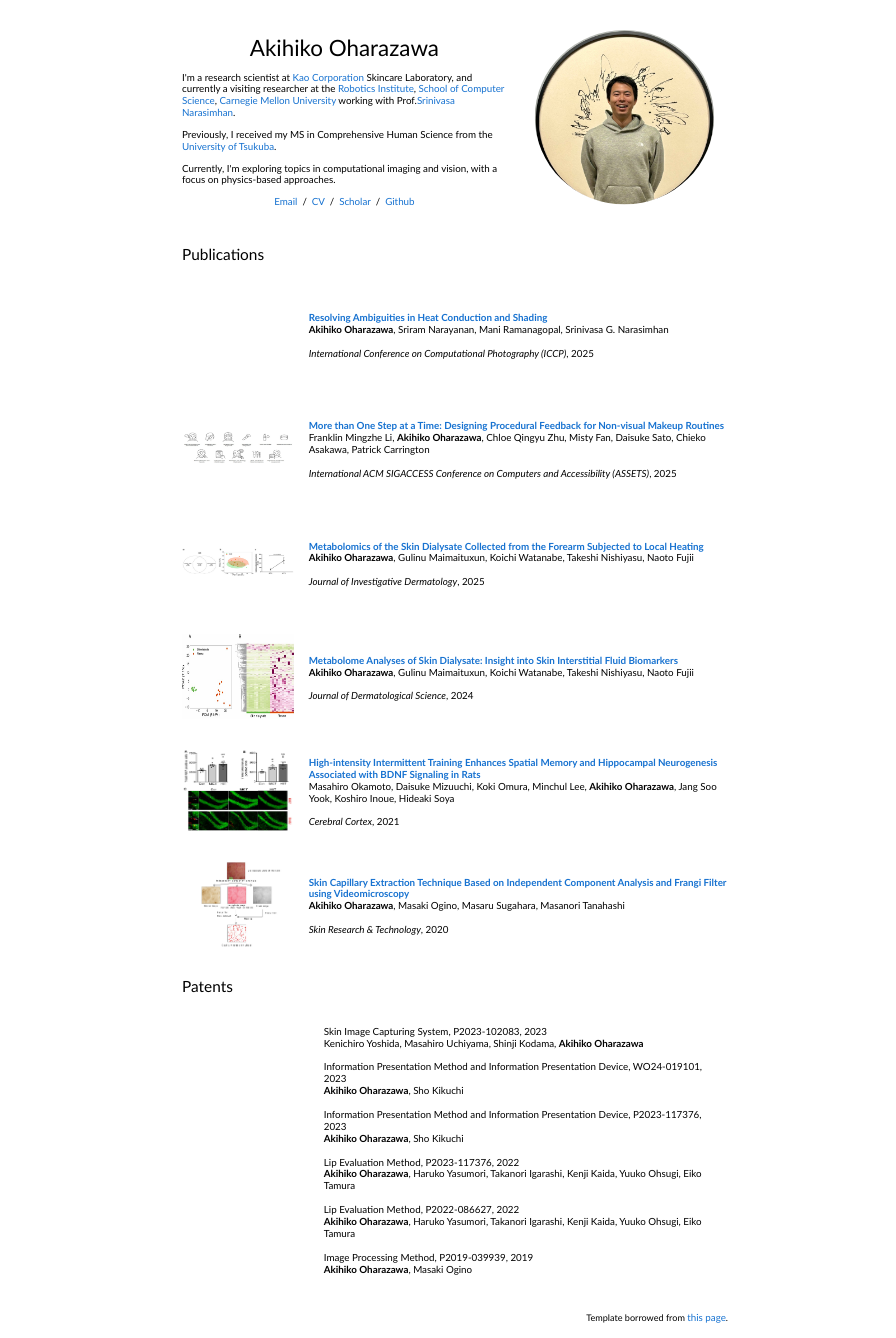
Repository: akihikooharazawa/akihikooharazawa.github.io
Page: index.html
The author's editor kept a copy of each file at every save. The page is drawn from the files as they stood at one save, then again after the next save.
The browser window is 1280 px wide. The pictures show the whole page, at 70% of full size.
Pictures or frames that could not be fetched are drawn as grey boxes.

Above is the page before, as saved 2025-07-25 12:16:54.

### index.html
<!DOCTYPE HTML>
<html lang="en">
  <head>
  <!-- Google tag (gtag.js) -->
  <script async src="https://www.googletagmanager.com/gtag/js?id=G-S3VWLBF1BC"></script>
  <script>
    window.dataLayer = window.dataLayer || [];
    function gtag(){dataLayer.push(arguments);}
    gtag('js', new Date());

    gtag('config', 'G-S3VWLBF1BC');
  </script>
    <meta http-equiv="Content-Type" content="text/html; charset=UTF-8">

    <title>Akihiko Oharazawa</title>

    <meta name="author" content="Akihiko Oharazawa">
    <meta name="viewport" content="width=device-width, initial-scale=1">
    <link rel="shortcut icon" href="images/favicon/favicon.ico" type="image/x-icon">
    <link rel="stylesheet" type="text/css" href="stylesheet.css">

  </head>

  <body>
    <table style="width:100%;max-width:800px;border:0px;border-spacing:0px;border-collapse:separate;margin-right:auto;margin-left:auto;"><tbody>
      <tr style="padding:0px">
        <td style="padding:0px">
          <table style="width:100%;border:0px;border-spacing:0px;border-collapse:separate;margin-right:auto;margin-left:auto;"><tbody>
            <tr style="padding:0px">
              <td style="padding:2.5%;width:63%;vertical-align:middle">
                <p class="name" style="text-align: center;">
                  Akihiko Oharazawa
                </p>
                <p>I'm a research scientist at <a href="https://www.kao.com/global/en/">Kao Corporation</a> Skincare Laboratory,
                  and currently a visiting researcher at the <a href="https://www.ri.cmu.edu/">Robotics Institute</a>,
                  <a href="https://www.cs.cmu.edu/">School of Computer Science</a>,
                  <a href="https://www.cmu.edu/">Carnegie Mellon University</a> working with Prof.<a href="https://www.cs.cmu.edu/~srinivas/">Srinivasa Narasimhan</a>.
                </p>
                <p>
                  Previously, I received my MS in Comprehensive Human Science from the <a href="https://www.tsukuba.ac.jp/en/">University of Tsukuba</a>.
                </p>
                <p>
                  Currently, I'm exploring topics in computational imaging and vision, with a focus on physics-based approaches.
                </p>
                <p style="text-align:center">
                  <a href="mailto:a.oharazawa@gmail.com">Email</a> &nbsp;/&nbsp;
                  <a href="data/AkiOharazawa-CV.pdf">CV</a> &nbsp;/&nbsp;
                  <a href="https://scholar.google.com/citations?user=NGsKuDgAAAAJ&hl=en">Scholar</a> &nbsp;/&nbsp;
                  <a href="https://github.com/akihikooharazawa">Github</a>
                </p>
              </td>
              <td style="padding:2.5%;width:40%;max-width:40%">
                <a href="images/AkiOharazawa.jpg"><img style="width:100%;max-width:100%;object-fit: cover; border-radius: 50%;" alt="profile photo" src="images/AkiOharazawa.jpg" class="hoverZoomLink"></a>
              </td>
            </tr>
          </tbody></table>
          <table style="width:100%;border:0px;border-spacing:0px;border-collapse:separate;margin-right:auto;margin-left:auto;"><tbody>
              <tr>
              <td style="padding:20px;width:100%;vertical-align:middle">
                <h2>Publications</h2>
              </td>
            </tr>
          </tbody></table>
          <table style="width:100%;border:0px;border-spacing:0px;border-collapse:separate;margin-right:auto;margin-left:auto;"><tbody>

            <!-- ICCP 2025 -->
            <tr>
              <td style="padding:20px;width:25%;vertical-align:middle">
                <video id="theory" width="160" height="120" autoplay muted loop playsinline style="border-style: none">
                  <source src="static/videos/ICCP2025.mp4" type="video/mp4">
                </video>
              </td>
              <td width="75%" valign="middle">
                <a href="https://imaging.cs.cmu.edu/shape-from-laplacian-and-shading/">
                  <span class="papertitle">Resolving Ambiguities in Heat Conduction and Shading</span>
                </a>
                <br>
                <strong>Akihiko Oharazawa</strong>, Sriram Narayanan, Mani Ramanagopal, Srinivasa G. Narasimhan
                <br>
                <br>
                <em>International Conference on Computational Photography (ICCP)</em>, 2025
                <br>
              </td>
            </tr>
            <!-- End ICCP 2025 -->

            <!-- ASSCET 2025 -->
            <tr>
              <td style="padding:20px;width:25%;vertical-align:middle">
                <img src="static/images/2025ASSETS.png" alt="2025ASSETS.png" width="160" height="120" style="border-style: none">
              </td>
              <td width="75%" valign="middle">
                <a href="https://arxiv.org/abs/2507.03942">
                  <span class="papertitle">More than One Step at a Time: Designing Procedural Feedback for Non-visual Makeup Routines</span>
                </a>
                <br>
                Franklin Mingzhe Li, <strong>Akihiko Oharazawa</strong>, Chloe Qingyu Zhu, Misty Fan, Daisuke Sato, Chieko Asakawa, Patrick Carrington
                <br>
                <br>
                <em>International ACM SIGACCESS Conference on Computers and Accessibility (ASSETS)</em>, 2025
                <br>
              </td>
            </tr>
            <!-- End ASSCET 2025 -->

            <!-- JID 2025 -->
            <tr>
              <td style="padding:20px;width:25%;vertical-align:middle">
                <img src="static/images/2025JID.png" alt="2025JID.png" width="160" height="120" style="border-style: none">
              </td>
              <td width="75%" valign="middle">
                <a href="https://www.jidonline.org/article/S0022-202X(25)02268-7/fulltext">
                  <span class="papertitle">Metabolomics of the Skin Dialysate Collected from the Forearm Subjected to Local Heating</span>
                </a>
                <br>
                <strong>Akihiko Oharazawa</strong>, Gulinu Maimaituxun, Koichi Watanabe, Takeshi Nishiyasu, Naoto Fujii
                <br>
                <br>
                <em>Journal of Investigative Dermatology</em>, 2025
                <br>
              </td>
            </tr>
            <!-- End JID 2025 -->

            <!-- JDS 2025 -->
            <tr>
              <td style="padding:20px;width:25%;vertical-align:middle">
                <img src="static/images/isf_metabolomics.jpg" alt="isf_metabolomics" width="160" height="120" style="border-style: none">
              </td>
              <td width="75%" valign="middle">
                <a href="https://www.jdsjournal.com/article/S0923-1811(24)00066-5/fulltext">
                  <span class="papertitle">Metabolome Analyses of Skin Dialysate: Insight into Skin Interstitial Fluid Biomarkers</span>
                </a>
                <br>
                <strong>Akihiko Oharazawa</strong>, Gulinu Maimaituxun, Koichi Watanabe, Takeshi Nishiyasu, Naoto Fujii
                <br>
                <br>
                <em>Journal of Dermatological Science</em>, 2024
                <br>
              </td>
            </tr>
            <!-- End JDS 2025 -->

            <!-- Cerebral Cortex 2021 -->
            <tr>
              <td style="padding:20px;width:25%;vertical-align:middle">
                <img src="static/images/hit_brain.png" alt="hit_brain.png" width="160" height="120" style="border-style: none">
              </td>
              <td width="75%" valign="middle">
                <a href="https://academic.oup.com/cercor/article/31/9/4386/6274998">
                  <span class="papertitle">High-intensity Intermittent Training Enhances Spatial Memory and Hippocampal Neurogenesis Associated with BDNF Signaling in Rats</span>
                </a>
                <br>
                Masahiro Okamoto, Daisuke Mizuuchi, Koki Omura, Minchul Lee, <strong>Akihiko Oharazawa</strong>, Jang Soo Yook, Koshiro Inoue, Hideaki Soya
                <br>
                <br>
                <em>Cerebral Cortex</em>, 2021
                <br>
              </td>
            </tr>
            <!-- End Cerebral Cortex 2021 -->

            <!-- Skin Research & Technology 2020 -->
            <tr>
              <td style="padding:20px;width:25%;vertical-align:middle">
                <img src="static/images/capillary_extraction.jpg" alt="capillary_extraction.jpg" width="160" height="120" style="border-style: none">
              </td>
              <td width="75%" valign="middle">
                <a href="https://onlinelibrary.wiley.com/doi/10.1111/srt.12850">
                  <span class="papertitle">Skin Capillary Extraction Technique Based on Independent Component Analysis and Frangi Filter using Videomicroscopy</span>
                </a>
                <br>
                <strong>Akihiko Oharazawa</strong>, Masaki Ogino, Masaru Sugahara, Masanori Tanahashi
                <br>
                <br>
                <em>Skin Research & Technology</em>, 2020
                <br>
              </td>
            </tr>
            <!-- End Skin Research & Technology 2020 -->
          </tbody></table>


          <table width="100%" align="center" border="0" cellspacing="0" cellpadding="20"><tbody>
            <tr>
              <td>
                <h2>Patents</h2>
              </td>
            </tr>
          </tbody></table>
          <table width="100%" align="center" border="0" cellpadding="20"><tbody>

            <tr>
              <td style="padding:20px;width:25%;vertical-align:middle">
              <td width="75%" valign="middle">
                Skin Image Capturing System, P2023-102083, 2023
                <br>
                Kenichiro Yoshida, Masahiro Uchiyama, Shinji Kodama, <strong>Akihiko Oharazawa</strong><br>
                <br>
                Information Presentation Method and Information Presentation Device, WO24-019101, 2023
                <br>
                <strong>Akihiko Oharazawa</strong>, Sho Kikuchi<br>
                <br>
                Information Presentation Method and Information Presentation Device, P2023-117376, 2023
                <br>
                <strong>Akihiko Oharazawa</strong>, Sho Kikuchi<br>
                <br>
                Lip Evaluation Method, P2023-117376, 2022
                <br>
                <strong>Akihiko Oharazawa</strong>, Haruko Yasumori, Takanori Igarashi, Kenji Kaida, Yuuko Ohsugi, Eiko Tamura<br>
                <br>
                Lip Evaluation Method, P2022-086627, 2022
                <br>
                <strong>Akihiko Oharazawa</strong>, Haruko Yasumori, Takanori Igarashi, Kenji Kaida, Yuuko Ohsugi, Eiko Tamura<br>
                <br>
                Image Processing Method, P2019-039939, 2019
                <br>
                <strong>Akihiko Oharazawa</strong>, Masaki Ogino<br>
              </td>
            </tr>

          </tbody></table>
          <table style="width:100%;border:0px;border-spacing:0px;border-collapse:separate;margin-right:auto;margin-left:auto;"><tbody>
            <tr>
              <td style="padding:0px">
                <br>
                <p style="text-align:right;font-size:small;">
                  Template borrowed from <a href="https://github.com/jonbarron/website">this page</a>.
                </p>
              </td>
            </tr>
          </tbody></table>
        </td>
      </tr>
    </table>
  </body>
</html>

### stylesheet.css
/* latin-ext */
@font-face {
  font-family: 'Lato';
  font-style: italic;
  font-weight: 400;
  src: local('Lato Italic'), local('Lato-Italic'), url(https://fonts.gstatic.com/s/lato/v15/S6u8w4BMUTPHjxsAUi-qNiXg7eU0.woff2) format('woff2');
  unicode-range: U+0100-024F, U+0259, U+1E00-1EFF, U+2020, U+20A0-20AB, U+20AD-20CF, U+2113, U+2C60-2C7F, U+A720-A7FF;
}
/* latin */
@font-face {
  font-family: 'Lato';
  font-style: italic;
  font-weight: 400;
  src: local('Lato Italic'), local('Lato-Italic'), url(https://fonts.gstatic.com/s/lato/v15/S6u8w4BMUTPHjxsAXC-qNiXg7Q.woff2) format('woff2');
  unicode-range: U+0000-00FF, U+0131, U+0152-0153, U+02BB-02BC, U+02C6, U+02DA, U+02DC, U+2000-206F, U+2074, U+20AC, U+2122, U+2191, U+2193, U+2212, U+2215, U+FEFF, U+FFFD;
}
/* latin-ext */
@font-face {
  font-family: 'Lato';
  font-style: italic;
  font-weight: 700;
  src: local('Lato Bold Italic'), local('Lato-BoldItalic'), url(https://fonts.gstatic.com/s/lato/v15/S6u_w4BMUTPHjxsI5wq_FQftx9897sxZ.woff2) format('woff2');
  unicode-range: U+0100-024F, U+0259, U+1E00-1EFF, U+2020, U+20A0-20AB, U+20AD-20CF, U+2113, U+2C60-2C7F, U+A720-A7FF;
}
/* latin */
@font-face {
  font-family: 'Lato';
  font-style: italic;
  font-weight: 700;
  src: local('Lato Bold Italic'), local('Lato-BoldItalic'), url(https://fonts.gstatic.com/s/lato/v15/S6u_w4BMUTPHjxsI5wq_Gwftx9897g.woff2) format('woff2');
  unicode-range: U+0000-00FF, U+0131, U+0152-0153, U+02BB-02BC, U+02C6, U+02DA, U+02DC, U+2000-206F, U+2074, U+20AC, U+2122, U+2191, U+2193, U+2212, U+2215, U+FEFF, U+FFFD;
}
/* latin-ext */
@font-face {
  font-family: 'Lato';
  font-style: normal;
  font-weight: 400;
  src: local('Lato Regular'), local('Lato-Regular'), url(https://fonts.gstatic.com/s/lato/v15/S6uyw4BMUTPHjxAwXiWtFCfQ7A.woff2) format('woff2');
  unicode-range: U+0100-024F, U+0259, U+1E00-1EFF, U+2020, U+20A0-20AB, U+20AD-20CF, U+2113, U+2C60-2C7F, U+A720-A7FF;
}
/* latin */
@font-face {
  font-family: 'Lato';
  font-style: normal;
  font-weight: 400;
  src: local('Lato Regular'), local('Lato-Regular'), url(https://fonts.gstatic.com/s/lato/v15/S6uyw4BMUTPHjx4wXiWtFCc.woff2) format('woff2');
  unicode-range: U+0000-00FF, U+0131, U+0152-0153, U+02BB-02BC, U+02C6, U+02DA, U+02DC, U+2000-206F, U+2074, U+20AC, U+2122, U+2191, U+2193, U+2212, U+2215, U+FEFF, U+FFFD;
}
/* latin-ext */
@font-face {
  font-family: 'Lato';
  font-style: normal;
  font-weight: 700;
  src: local('Lato Bold'), local('Lato-Bold'), url(https://fonts.gstatic.com/s/lato/v15/S6u9w4BMUTPHh6UVSwaPGQ3q5d0N7w.woff2) format('woff2');
  unicode-range: U+0100-024F, U+0259, U+1E00-1EFF, U+2020, U+20A0-20AB, U+20AD-20CF, U+2113, U+2C60-2C7F, U+A720-A7FF;
}
/* latin */
@font-face {
  font-family: 'Lato';
  font-style: normal;
  font-weight: 700;
  src: local('Lato Bold'), local('Lato-Bold'), url(https://fonts.gstatic.com/s/lato/v15/S6u9w4BMUTPHh6UVSwiPGQ3q5d0.woff2) format('woff2');
  unicode-range: U+0000-00FF, U+0131, U+0152-0153, U+02BB-02BC, U+02C6, U+02DA, U+02DC, U+2000-206F, U+2074, U+20AC, U+2122, U+2191, U+2193, U+2212, U+2215, U+FEFF, U+FFFD;
}

a {
  color: #1772d0;
  text-decoration: none;
}

a:focus,
a:hover {
  color: #f09228;
  text-decoration: none;
}

body,
td,
th,
tr,
p,
a {
  font-family: 'Lato', Verdana, Helvetica, sans-serif;
  font-size: 14px;
}

strong {
  font-family: 'Lato', Verdana, Helvetica, sans-serif;
  font-size: 14px;
}

h2 {
  margin: 0;
  font-weight: normal;
  font-family: 'Lato', Verdana, Helvetica, sans-serif;
  font-size: 22px;
}

.papertitle {
  font-family: 'Lato', Verdana, Helvetica, sans-serif;
  font-size: 14px;
  font-weight: 700;
}

.name {
  padding-top: 20px;
  margin: 0;
  font-family: 'Lato', Verdana, Helvetica, sans-serif;
  font-size: 32px;
}

.one {
  width: 160px;
  height: 160px;
  position: relative;
}

.two {
  width: 160px;
  height: 160px;
  position: absolute;
  transition: opacity .2s ease-in-out;
  -moz-transition: opacity .2s ease-in-out;
  -webkit-transition: opacity .2s ease-in-out;
}

.fade {
  transition: opacity .2s ease-in-out;
  -moz-transition: opacity .2s ease-in-out;
  -webkit-transition: opacity .2s ease-in-out;
}

span.highlight {
  background-color: #ffffd0;
}

After the next save:
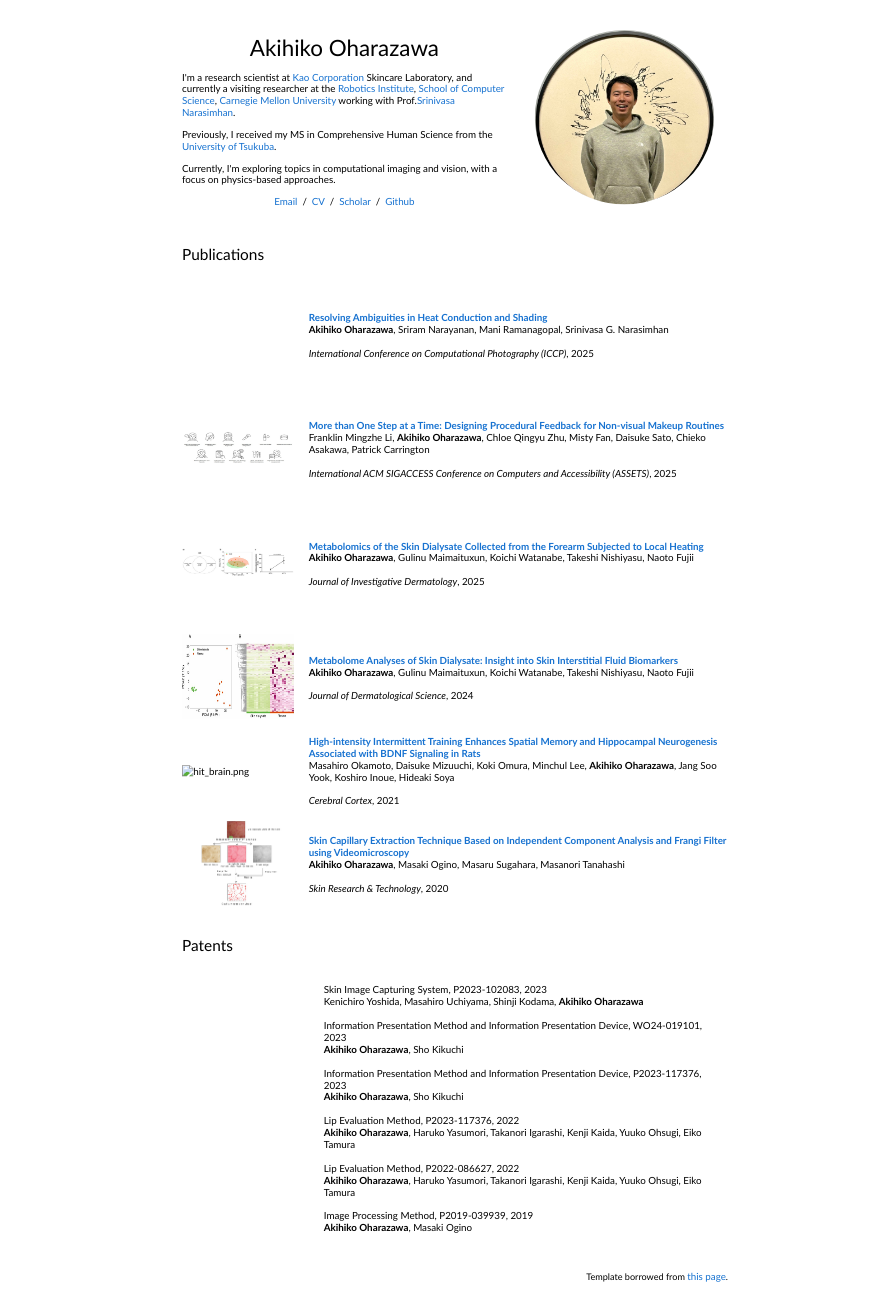
Not found: static/images/2021.png
Saved 76 s later.
--- a/index.html
+++ b/index.html
@@ -144,7 +144,7 @@
             <!-- Cerebral Cortex 2021 -->
             <tr>
               <td style="padding:20px;width:25%;vertical-align:middle">
-                <img src="static/images/hit_brain.png" alt="hit_brain.png" width="160" height="120" style="border-style: none">
+                <img src="static/images/2021.png" alt="hit_brain.png" width="160" height="120" style="border-style: none">
               </td>
               <td width="75%" valign="middle">
                 <a href="https://academic.oup.com/cercor/article/31/9/4386/6274998">

After the 3 saves that followed:
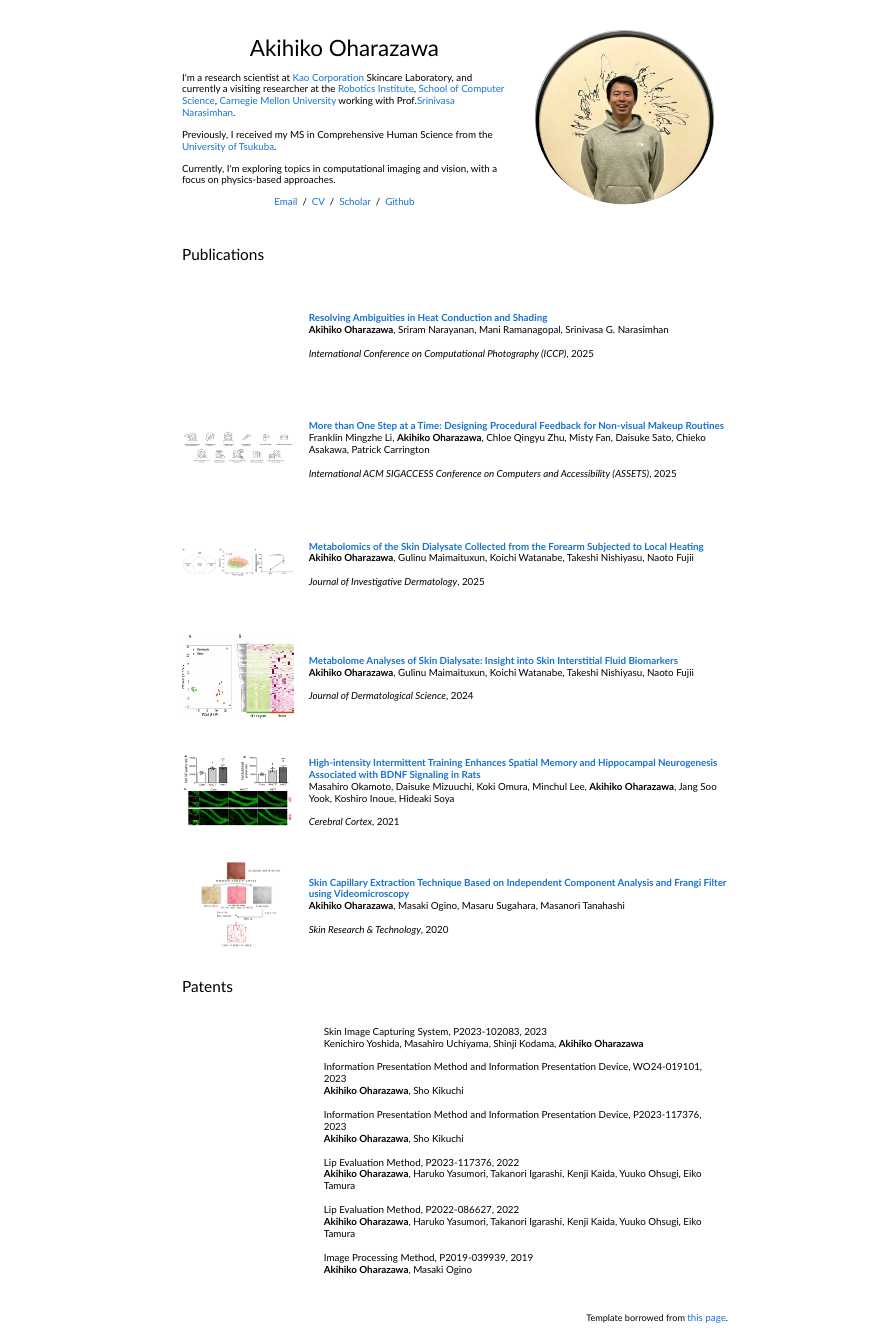
The 3 saves are shown as one change because they came seconds apart.
The last was saved 8 s later.
--- a/index.html
+++ b/index.html
@@ -144,7 +144,7 @@
             <!-- Cerebral Cortex 2021 -->
             <tr>
               <td style="padding:20px;width:25%;vertical-align:middle">
-                <img src="static/images/2021.png" alt="hit_brain.png" width="160" height="120" style="border-style: none">
+                <img src="static/images/2021CB.png" alt="2021CB.png" width="160" height="120" style="border-style: none">
               </td>
               <td width="75%" valign="middle">
                 <a href="https://academic.oup.com/cercor/article/31/9/4386/6274998">
